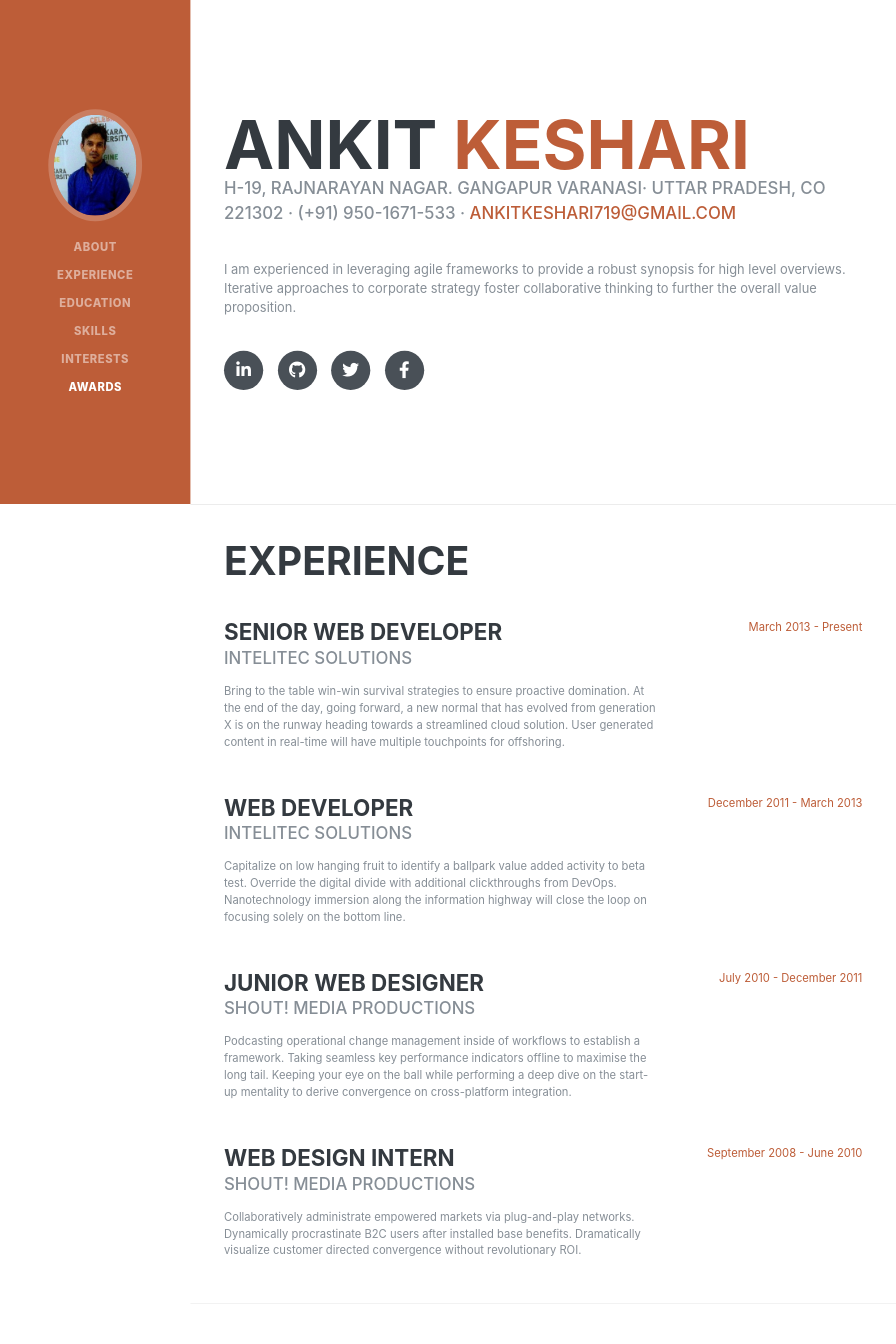
Repository: ankitkeshari719/ankitkeshari719.github.io
Page: index.html
An editor plug-in stored every save of this project. The page is shown before and after the next save, followed by the edit.
The browser window is 1280 px wide. The pictures show the part of the page from y = 0 to 1920 px (the page is 4746 px tall before and 4602 px after), at 70% of full size.
Some web fonts or font styles are not loaded; a fallback is used.

Above is the page before, as saved 2020-03-13 15:54:34.

### index.html
<!DOCTYPE html>
<html lang="en">

<head>

  <meta charset="utf-8">
  <meta name="viewport" content="width=device-width, initial-scale=1, shrink-to-fit=no">
  <meta name="description" content="">
  <meta name="author" content="">

  <title>Ankit Keshari : Portfolio</title>

  <!-- Bootstrap core CSS -->
  <link href="vendor/bootstrap/css/bootstrap.min.css" rel="stylesheet">

  <!-- Custom fonts for this template -->
  <link href="https://fonts.googleapis.com/css?family=Saira+Extra+Condensed:500,700" rel="stylesheet">
  <link href="https://fonts.googleapis.com/css?family=Muli:400,400i,800,800i" rel="stylesheet">
  <link href="vendor/fontawesome-free/css/all.min.css" rel="stylesheet">

  <!-- Custom styles for this template -->
  <link href="css/resume.min.css" rel="stylesheet">

</head>

<body id="page-top">

  <nav class="navbar navbar-expand-lg navbar-dark bg-primary fixed-top" id="sideNav">
    <a class="navbar-brand js-scroll-trigger" href="#page-top">
      <span class="d-block d-lg-none">Ankit Keshari</span>
      <span class="d-none d-lg-block">
        <img class="img-fluid img-profile rounded-circle mx-auto mb-2" src="img/profile.jpg" alt="">
      </span>
    </a>
    <button class="navbar-toggler" type="button" data-toggle="collapse" data-target="#navbarSupportedContent" aria-controls="navbarSupportedContent" aria-expanded="false" aria-label="Toggle navigation">
      <span class="navbar-toggler-icon"></span>
    </button>
    <div class="collapse navbar-collapse" id="navbarSupportedContent">
      <ul class="navbar-nav">
        <li class="nav-item">
          <a class="nav-link js-scroll-trigger" href="#about">About</a>
        </li>
        <li class="nav-item">
          <a class="nav-link js-scroll-trigger" href="#experience">Experience</a>
        </li>
        <li class="nav-item">
          <a class="nav-link js-scroll-trigger" href="#education">Education</a>
        </li>
        <li class="nav-item">
          <a class="nav-link js-scroll-trigger" href="#skills">Skills</a>
        </li>
        <li class="nav-item">
          <a class="nav-link js-scroll-trigger" href="#interests">Interests</a>
        </li>
        <li class="nav-item">
          <a class="nav-link js-scroll-trigger" href="#awards">Awards</a>
        </li>
      </ul>
    </div>
  </nav>

  <div class="container-fluid p-0">
    <section class="resume-section p-3 p-lg-5 d-flex align-items-center" id="about">
      <div class="w-100">
        <h1 class="mb-0">Ankit
          <span class="text-primary">Keshari</span>
        </h1>
        <div class="subheading mb-5">H-19, Rajnarayan Nagar. Gangapur Varanasi· Uttar Pradesh, CO 221302 · (+91) 950-1671-533 ·
          <a href="mailto:ankitkeshari719@gmail.com">ankitkeshari719@gmail.com</a>
        </div>
        <p class="lead mb-5">I am experienced in leveraging agile frameworks to provide a robust synopsis for high level overviews. Iterative approaches to corporate strategy foster collaborative thinking to further the overall value proposition.</p>
        <div class="social-icons">
          <a href="#">
            <i class="fab fa-linkedin-in"></i>
          </a>
          <a href="#">
            <i class="fab fa-github"></i>
          </a>
          <a href="#">
            <i class="fab fa-twitter"></i>
          </a>
          <a href="#">
            <i class="fab fa-facebook-f"></i>
          </a>
        </div>
      </div>
    </section>

    <hr class="m-0">

    <section class="resume-section p-3 p-lg-5 d-flex justify-content-center" id="experience">
      <div class="w-100">
        <h2 class="mb-5">Experience</h2>

        <div class="resume-item d-flex flex-column flex-md-row justify-content-between mb-5">
          <div class="resume-content">
            <h3 class="mb-0">Senior Web Developer</h3>
            <div class="subheading mb-3">Intelitec Solutions</div>
            <p>Bring to the table win-win survival strategies to ensure proactive domination. At the end of the day, going forward, a new normal that has evolved from generation X is on the runway heading towards a streamlined cloud solution. User generated content in real-time will have multiple touchpoints for offshoring.</p>
          </div>
          <div class="resume-date text-md-right">
            <span class="text-primary">March 2013 - Present</span>
          </div>
        </div>

        <div class="resume-item d-flex flex-column flex-md-row justify-content-between mb-5">
          <div class="resume-content">
            <h3 class="mb-0">Web Developer</h3>
            <div class="subheading mb-3">Intelitec Solutions</div>
            <p>Capitalize on low hanging fruit to identify a ballpark value added activity to beta test. Override the digital divide with additional clickthroughs from DevOps. Nanotechnology immersion along the information highway will close the loop on focusing solely on the bottom line.</p>
          </div>
          <div class="resume-date text-md-right">
            <span class="text-primary">December 2011 - March 2013</span>
          </div>
        </div>

        <div class="resume-item d-flex flex-column flex-md-row justify-content-between mb-5">
          <div class="resume-content">
            <h3 class="mb-0">Junior Web Designer</h3>
            <div class="subheading mb-3">Shout! Media Productions</div>
            <p>Podcasting operational change management inside of workflows to establish a framework. Taking seamless key performance indicators offline to maximise the long tail. Keeping your eye on the ball while performing a deep dive on the start-up mentality to derive convergence on cross-platform integration.</p>
          </div>
          <div class="resume-date text-md-right">
            <span class="text-primary">July 2010 - December 2011</span>
          </div>
        </div>

        <div class="resume-item d-flex flex-column flex-md-row justify-content-between">
          <div class="resume-content">
            <h3 class="mb-0">Web Design Intern</h3>
            <div class="subheading mb-3">Shout! Media Productions</div>
            <p>Collaboratively administrate empowered markets via plug-and-play networks. Dynamically procrastinate B2C users after installed base benefits. Dramatically visualize customer directed convergence without revolutionary ROI.</p>
          </div>
          <div class="resume-date text-md-right">
            <span class="text-primary">September 2008 - June 2010</span>
          </div>
        </div>

      </div>

    </section>

    <hr class="m-0">

    <section class="resume-section p-3 p-lg-5 d-flex align-items-center" id="education">
      <div class="w-100">
        <h2 class="mb-5">Education</h2>

        <div class="resume-item d-flex flex-column flex-md-row justify-content-between mb-5">
          <div class="resume-content">
            <h3 class="mb-0">University of Colorado Boulder</h3>
            <div class="subheading mb-3">Bachelor of Science</div>
            <div>Computer Science - Web Development Track</div>
            <p>GPA: 3.23</p>
          </div>
          <div class="resume-date text-md-right">
            <span class="text-primary">August 2006 - May 2010</span>
          </div>
        </div>

        <div class="resume-item d-flex flex-column flex-md-row justify-content-between">
          <div class="resume-content">
            <h3 class="mb-0">James Buchanan High School</h3>
            <div class="subheading mb-3">Technology Magnet Program</div>
            <p>GPA: 3.56</p>
          </div>
          <div class="resume-date text-md-right">
            <span class="text-primary">August 2002 - May 2006</span>
          </div>
        </div>

      </div>
    </section>

    <hr class="m-0">

    <section class="resume-section p-3 p-lg-5 d-flex align-items-center" id="skills">
      <div class="w-100">
        <h2 class="mb-5">Skills</h2>

        <div class="subheading mb-3">Programming Languages &amp; Tools</div>
        <ul class="list-inline dev-icons">
          <li class="list-inline-item">
            <i class="fab fa-html5"></i>
          </li>
          <li class="list-inline-item">
            <i class="fab fa-css3-alt"></i>
          </li>
          <li class="list-inline-item">
            <i class="fab fa-js-square"></i>
          </li>
          <li class="list-inline-item">
            <i class="fab fa-angular"></i>
          </li>
          <li class="list-inline-item">
            <i class="fab fa-react"></i>
          </li>
          <li class="list-inline-item">
            <i class="fab fa-node-js"></i>
          </li>
          <li class="list-inline-item">
            <i class="fab fa-sass"></i>
          </li>
          <li class="list-inline-item">
            <i class="fab fa-less"></i>
          </li>
          <li class="list-inline-item">
            <i class="fab fa-wordpress"></i>
          </li>
          <li class="list-inline-item">
            <i class="fab fa-gulp"></i>
          </li>
          <li class="list-inline-item">
            <i class="fab fa-grunt"></i>
          </li>
          <li class="list-inline-item">
            <i class="fab fa-npm"></i>
          </li>
        </ul>

        <div class="subheading mb-3">Workflow</div>
        <ul class="fa-ul mb-0">
          <li>
            <i class="fa-li fa fa-check"></i>
            Mobile-First, Responsive Design</li>
          <li>
            <i class="fa-li fa fa-check"></i>
            Cross Browser Testing &amp; Debugging</li>
          <li>
            <i class="fa-li fa fa-check"></i>
            Cross Functional Teams</li>
          <li>
            <i class="fa-li fa fa-check"></i>
            Agile Development &amp; Scrum</li>
        </ul>
      </div>
    </section>

    <hr class="m-0">

    <section class="resume-section p-3 p-lg-5 d-flex align-items-center" id="interests">
      <div class="w-100">
        <h2 class="mb-5">Interests</h2>
        <p>Apart from being a web developer, I enjoy most of my time being outdoors. In the winter, I am an avid skier and novice ice climber. During the warmer months here in Colorado, I enjoy mountain biking, free climbing, and kayaking.</p>
        <p class="mb-0">When forced indoors, I follow a number of sci-fi and fantasy genre movies and television shows, I am an aspiring chef, and I spend a large amount of my free time exploring the latest technology advancements in the front-end web development world.</p>
      </div>
    </section>

    <hr class="m-0">

    <section class="resume-section p-3 p-lg-5 d-flex align-items-center" id="awards">
      <div class="w-100">
        <h2 class="mb-5">Awards &amp; Certifications</h2>
        <ul class="fa-ul mb-0">
          <li>
            <i class="fa-li fa fa-trophy text-warning"></i>
            Google Analytics Certified Developer</li>
          <li>
            <i class="fa-li fa fa-trophy text-warning"></i>
            Mobile Web Specialist - Google Certification</li>
          <li>
            <i class="fa-li fa fa-trophy text-warning"></i>
            1<sup>st</sup>
            Place - University of Colorado Boulder - Emerging Tech Competition 2009</li>
          <li>
            <i class="fa-li fa fa-trophy text-warning"></i>
            1<sup>st</sup>
            Place - University of Colorado Boulder - Adobe Creative Jam 2008 (UI Design Category)</li>
          <li>
            <i class="fa-li fa fa-trophy text-warning"></i>
            2<sup>nd</sup>
            Place - University of Colorado Boulder - Emerging Tech Competition 2008</li>
          <li>
            <i class="fa-li fa fa-trophy text-warning"></i>
            1<sup>st</sup>
            Place - James Buchanan High School - Hackathon 2006</li>
          <li>
            <i class="fa-li fa fa-trophy text-warning"></i>
            3<sup>rd</sup>
            Place - James Buchanan High School - Hackathon 2005</li>
        </ul>
      </div>
    </section>

  </div>

  <!-- Bootstrap core JavaScript -->
  <script src="vendor/jquery/jquery.min.js"></script>
  <script src="vendor/bootstrap/js/bootstrap.bundle.min.js"></script>

  <!-- Plugin JavaScript -->
  <script src="vendor/jquery-easing/jquery.easing.min.js"></script>

  <!-- Custom scripts for this template -->
  <script src="js/resume.min.js"></script>

</body>

</html>

Loaded but not shown: vendor/bootstrap/css/bootstrap.min.css (library); vendor/fontawesome-free/css/all.min.css (library); css/resume.min.css (common file); vendor/jquery/jquery.min.js (library); vendor/bootstrap/js/bootstrap.bundle.min.js (library); vendor/jquery-easing/jquery.easing.min.js (common file); js/resume.min.js (common file)

After the next save:
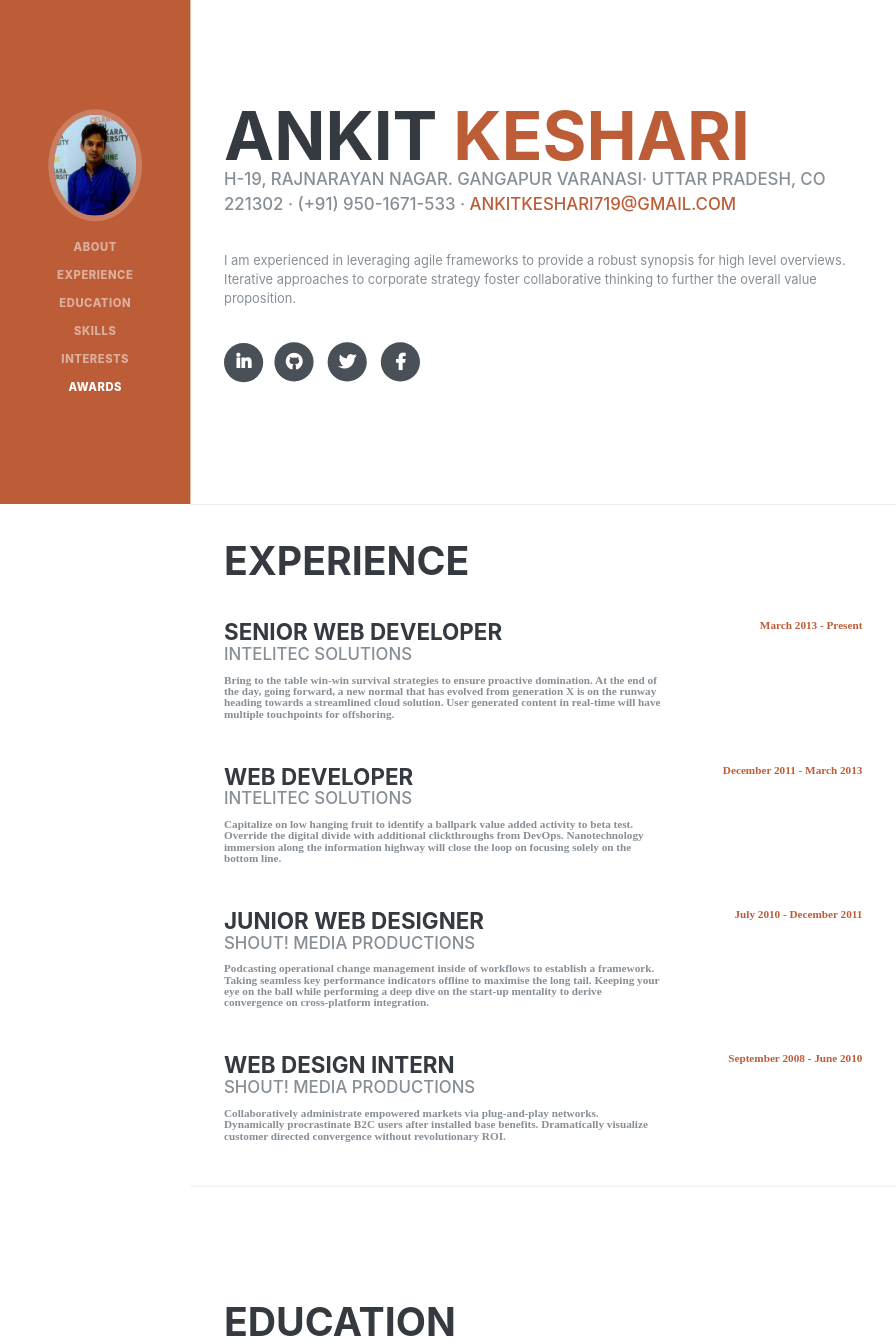
Saved 2 min 55 s later.
--- a/index.html
+++ b/index.html
@@ -70,7 +70,7 @@
         </div>
         <p class="lead mb-5">I am experienced in leveraging agile frameworks to provide a robust synopsis for high level overviews. Iterative approaches to corporate strategy foster collaborative thinking to further the overall value proposition.</p>
         <div class="social-icons">
-          <a href="#">
+          <a href="https://www.linkedin.com/in/ankit-keshari-a2937094?trk=hp-identity-name" target="_blank"><i class="fa fa-linkedin-square">
             <i class="fab fa-linkedin-in"></i>
           </a>
           <a href="#">
